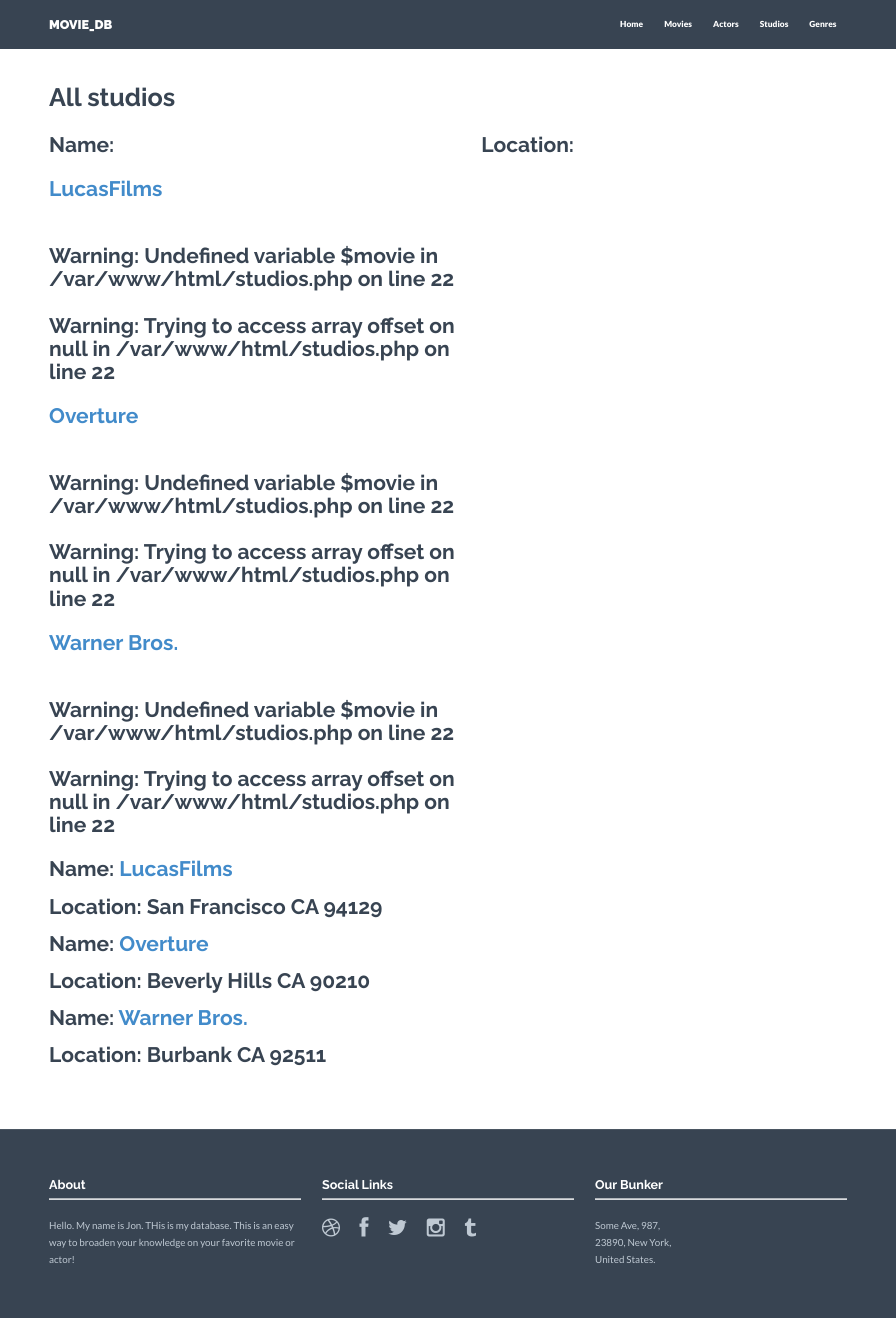
Repository: jonak91/Buzzerd-index
Page: http://localhost/studios.php
The author's editor kept a record of every edit. The page is drawn from the files as they stood at one moment, then again after the next edit.
The browser window is 1280 px wide. The pictures show the whole page, at 70% of full size.
Some web libraries are served in a nearby version. The page is run by PHP 8.4 with error messages shown; the project is at /var/www/html/. The database holds what the project's SQL file puts in it.

Above is the page before.
Not found: assets/js/modernizr.js

After the next edit:
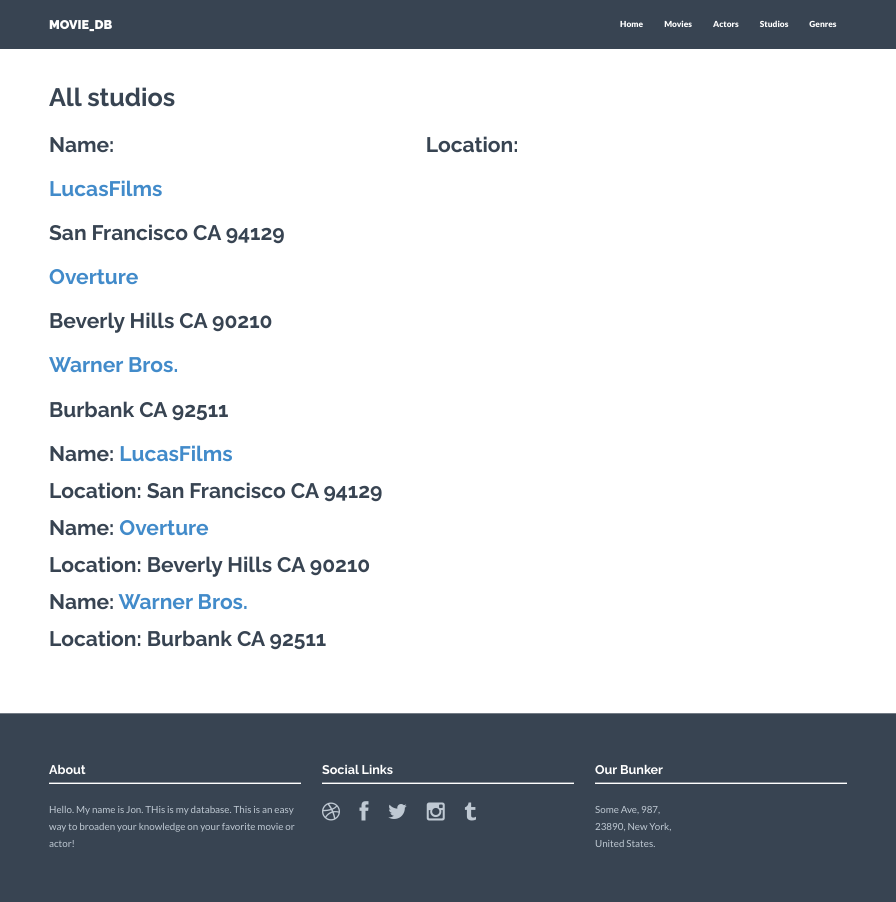
The edit:
--- a/studios.php
+++ b/studios.php
@@ -19,7 +19,7 @@
 		 		<td><h2><a href="studio.php?sID=<?php echo $studio['sID']; ?>"><?php echo $studio['name']; ?></a></h2></td>
 		 		</tr>
 		 		<tr>
-		 		<td><h2><?php echo $movie['year_released']; ?></h2></td>
+		 		<td><h2><?php echo $studio['city'].' '. $studio['state'].' '. $studio['zip']; ?></td>
 		 		</tr>
 		 		<?php } ?>
 
